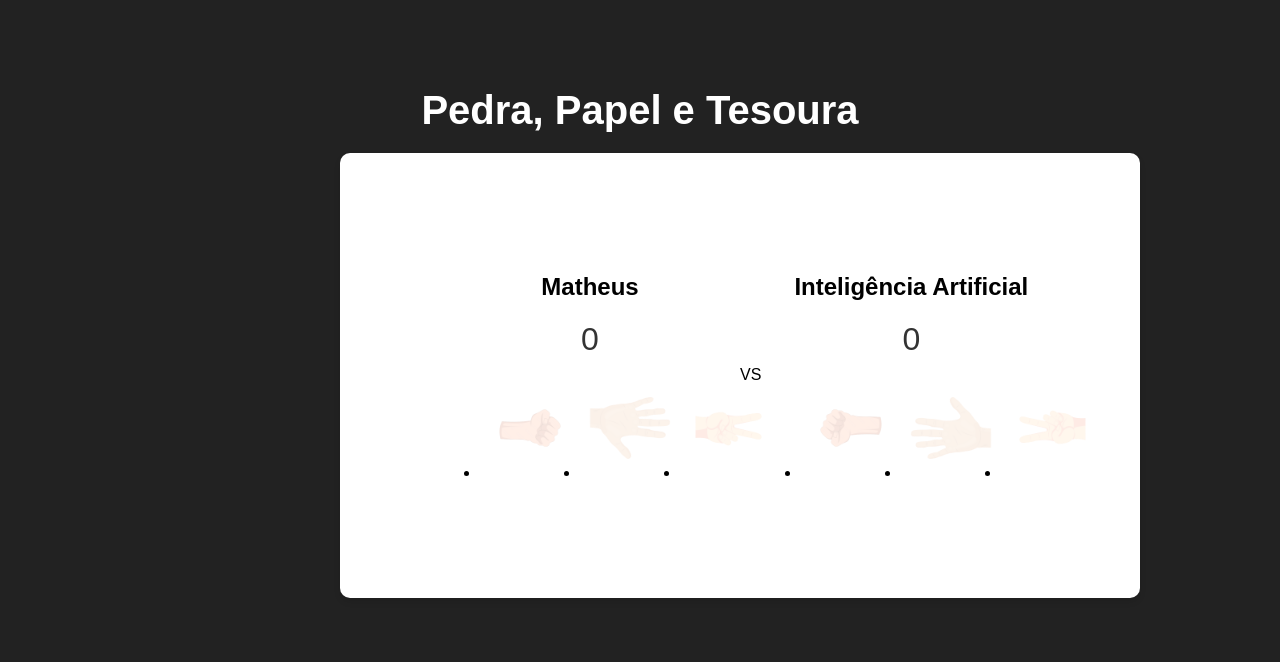
Repository: Matheus904-12/Pedra-Papel
Page: index.html
These files come from the project's save history. The page is drawn as it stood at one moment and after the next save; the edit follows.
The browser window is 1280 px wide. The pictures show the whole page.

Above is the page before, as saved 2023-08-28 21:52:31.

After the next save:
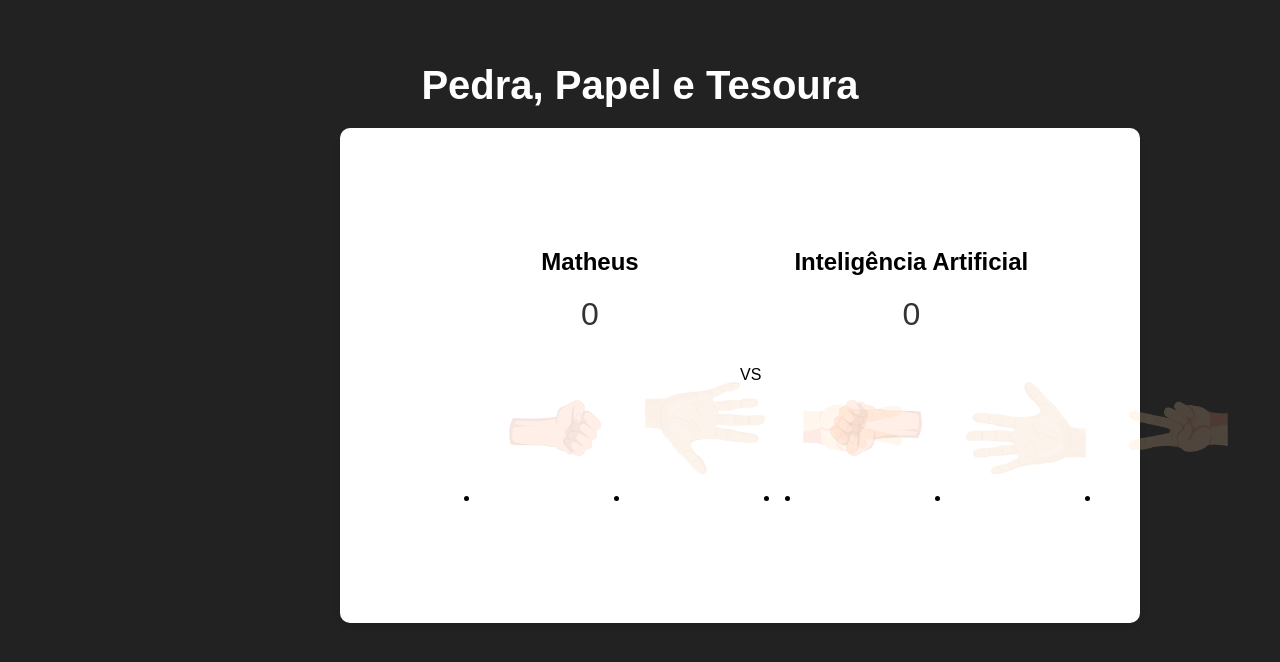
Saved 4 s later.
--- a/style.css
+++ b/style.css
@@ -74,7 +74,7 @@ body {
 }
 
 .escolhas img {
-    max-width: 100px;
+    max-width: 150px;
     cursor: pointer;
     transition: transform 0.3s ease;
 }
